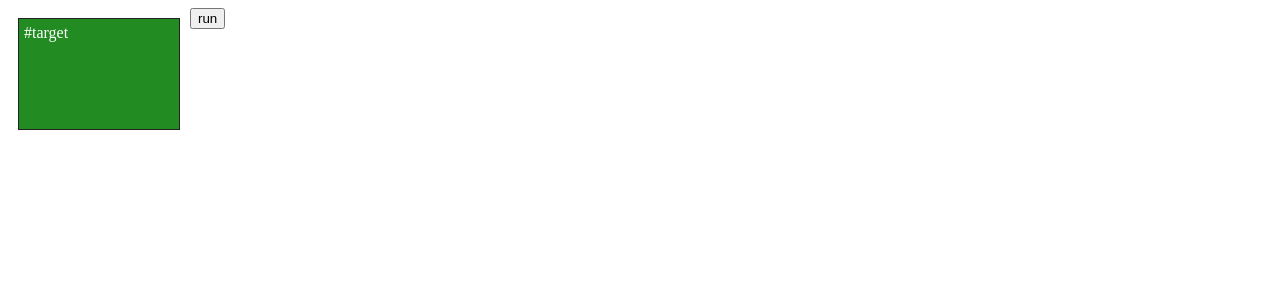
Repository: silenttemplar/java_start_project
Page: hansung_ee_2014/hansung_jquery_exercise/WebContent/1. Change_Background.html
These files come from the project's save history. The page is drawn as it stood at one moment and after the next save; the edit follows.
The browser window is 1280 px wide. The pictures show the whole page.
After loading, the first visible `input` was clicked once.

Above is the page before, as saved 2014-08-27 02:09:40.
Console error: SyntaxError: Unexpected token '('

### hansung_ee_2014/hansung_jquery_exercise/WebContent/1. Change_Background.html
<html>
<head>
<title>Change Background</title>
<script src="./jquery-2.1.0.min.js"></script>
<script type="text/javascript">
	/**
	 * 대상 : div
	 * 기능 : background 변경
	 * 함수 : css();
	 */
	function run() {
		$.("#target").Attr("background", "yellow");
	}
</script>

</head>

<body>
	<div id="target"
		style="color: rgb(255, 255, 255); width: 150px;
		 height: 100px; float: left;
		 border: 1px solid rgb(34, 34, 34);
		 background-color: rgb(34, 139, 34);
		 margin: 10px; padding: 5px;
		 background-position: initial initial;
		  background-repeat: initial initial;">
		#target<br />
	</div>
	<input type="button" value="run" onclick="run()" />
</body>
</html>

Loaded but not shown: hansung_ee_2014/hansung_jquery_exercise/WebContent/jquery-2.1.0.min.js (library)

After the next save:
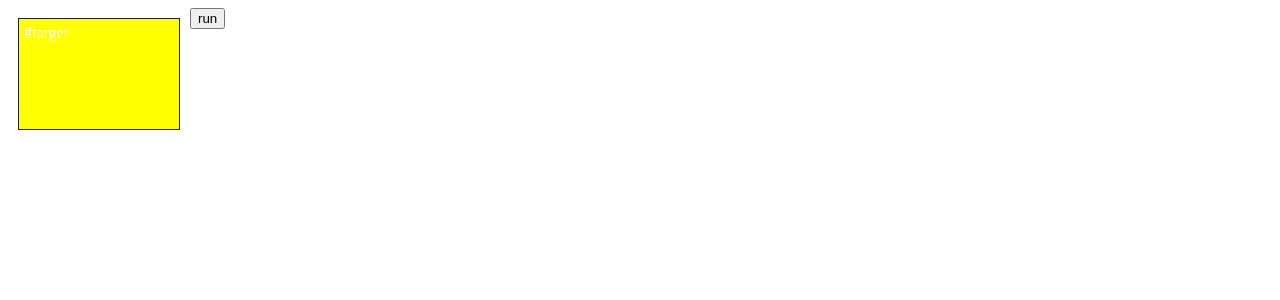
The error is gone.
Saved 62 s later.
--- a/hansung_ee_2014/hansung_jquery_exercise/WebContent/1. Change_Background.html
+++ b/hansung_ee_2014/hansung_jquery_exercise/WebContent/1. Change_Background.html
@@ -9,7 +9,7 @@
 	 * 함수 : css();
 	 */
 	function run() {
-		$.("#target").Attr("background", "yellow");
+		$("#target").css("background-color","yellow");
 	}
 </script>
 
